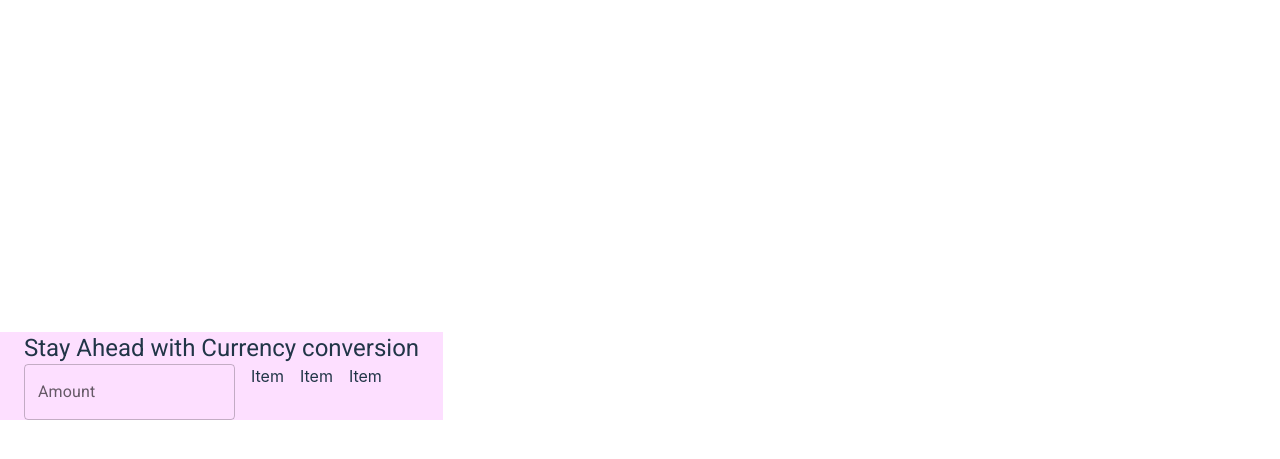
Repository: Asad-devv/CURRENCY
Page: /
These files come from the project's save history. The page is drawn as it stood at one moment and after a run of saves; the edit follows.
The browser window is 1280 px wide. The pictures show the whole page.
The project was rebuilt for these pictures with package versions that can differ from the ones it lists, and the page was loaded fresh each time. Also part of the build but not shown: craco.config.js.

Above is the page before, as saved 2023-03-01 21:44:21.

### src/main.jsx
import React from 'react'
import ReactDOM from 'react-dom/client'
import App from './App'
import './index.css'
import '@fontsource/roboto/300.css';
import '@fontsource/roboto/400.css';
import '@fontsource/roboto/500.css';
import '@fontsource/roboto/700.css';


ReactDOM.createRoot(document.getElementById('root')).render(
  <React.StrictMode>
    <App />
  </React.StrictMode>,
)

### src/App.jsx
import { Button, Container,Typography,Grid } from "@mui/material";
import { useState } from "react";
import reactLogo from "./assets/react.svg";
import InputAmount from "./components/InputAmount";
import SelectCountry from "./components/selectCountry";
import SwitchCurrency from "./components/SwitchCurrency";
// import './App.css'

function App() {
  const [count, setCount] = useState(0);

  return (
    <Container maxWidth="md" sx={{ background: "#fddfff" }}>
      <Typography variant = "h5"sx={{mt:"2rem"}}>Stay Ahead with Currency conversion</Typography>
      <Grid container spacing ={2}>
        <InputAmount/>
        <SelectCountry/>
        <SwitchCurrency/>
        <SelectCountry/>
      </Grid>
    </Container>
  );
}

export default App;

### src/components/InputAmount.jsx
import React from "react";

import { Grid, TextField } from "@mui/material";
const InputAmount = () => {
  return (
    <Grid item>
      <TextField
        label="Amount"
        fullWidth
        inputProps={{ type: "number" }}

      ></TextField>
    </Grid>
  );
};

export default InputAmount;

### src/components/selectCountry.jsx
import React from 'react'
import {Grid } from "@mui/material"
const SelectCountry = () => {
  return (
    <Grid item>
    Item
  </Grid>
  )
}

export default SelectCountry

### src/components/SwitchCurrency.jsx
import React from 'react'
import {Grid } from "@mui/material"
const SwitchCurrency = () => {
  return (
    <Grid item>
    Item
  </Grid>
  )
}

export default SwitchCurrency

Loaded but not shown: index.html (common file); src/index.css (common file)

After the next 5 saves:
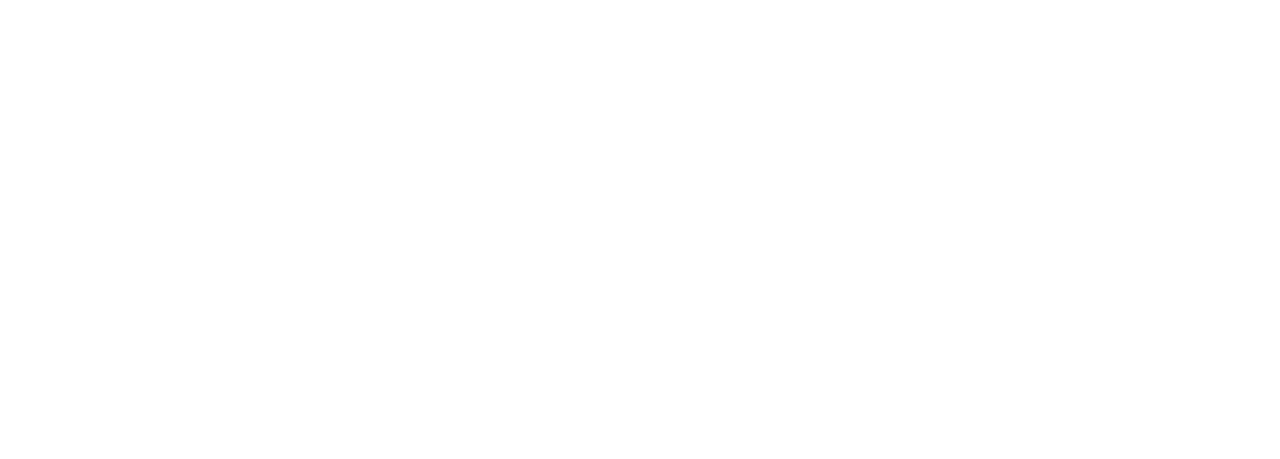
Console error: ReferenceError: InputAdornment is not defined
The 5 saves are shown as one change because 3 did not build or start and some came seconds apart.
The last was saved 20 s later.
--- a/src/components/InputAmount.jsx
+++ b/src/components/InputAmount.jsx
@@ -7,7 +7,7 @@
       <TextField
         label="Amount"
         fullWidth
-        inputProps={{ type: "number" }}
+        inputProps={{ type: "number",startAdornment :<InputAdornment></InputAdornment> }}
 
       ></TextField>
     </Grid>

After the save that followed:
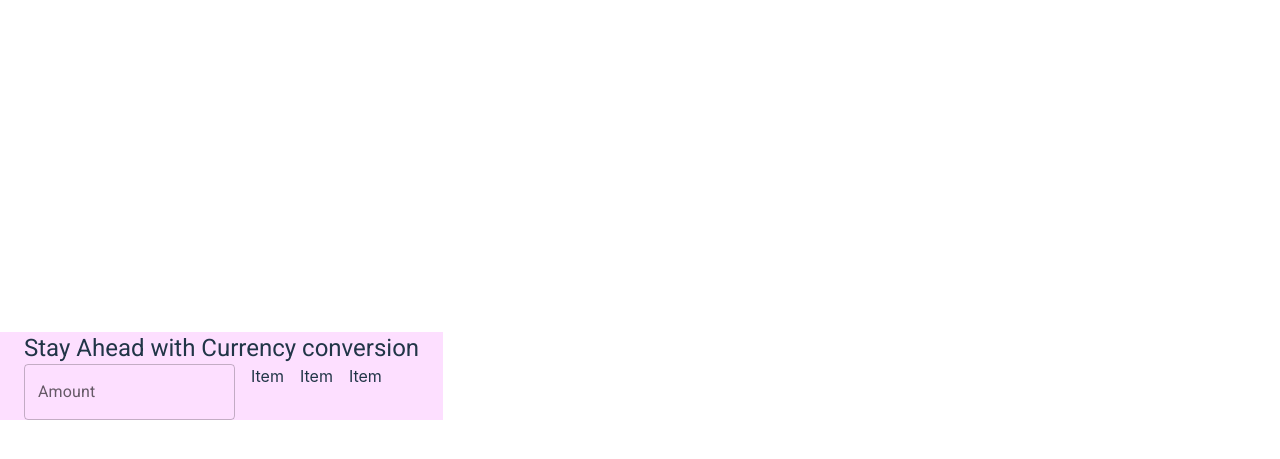
The error is gone.
Saved 9 s later.
--- a/src/components/InputAmount.jsx
+++ b/src/components/InputAmount.jsx
@@ -1,6 +1,6 @@
 import React from "react";
 
-import { Grid, TextField } from "@mui/material";
+import { Grid, TextField ,InputAdornment} from "@mui/material";
 const InputAmount = () => {
   return (
     <Grid item>
